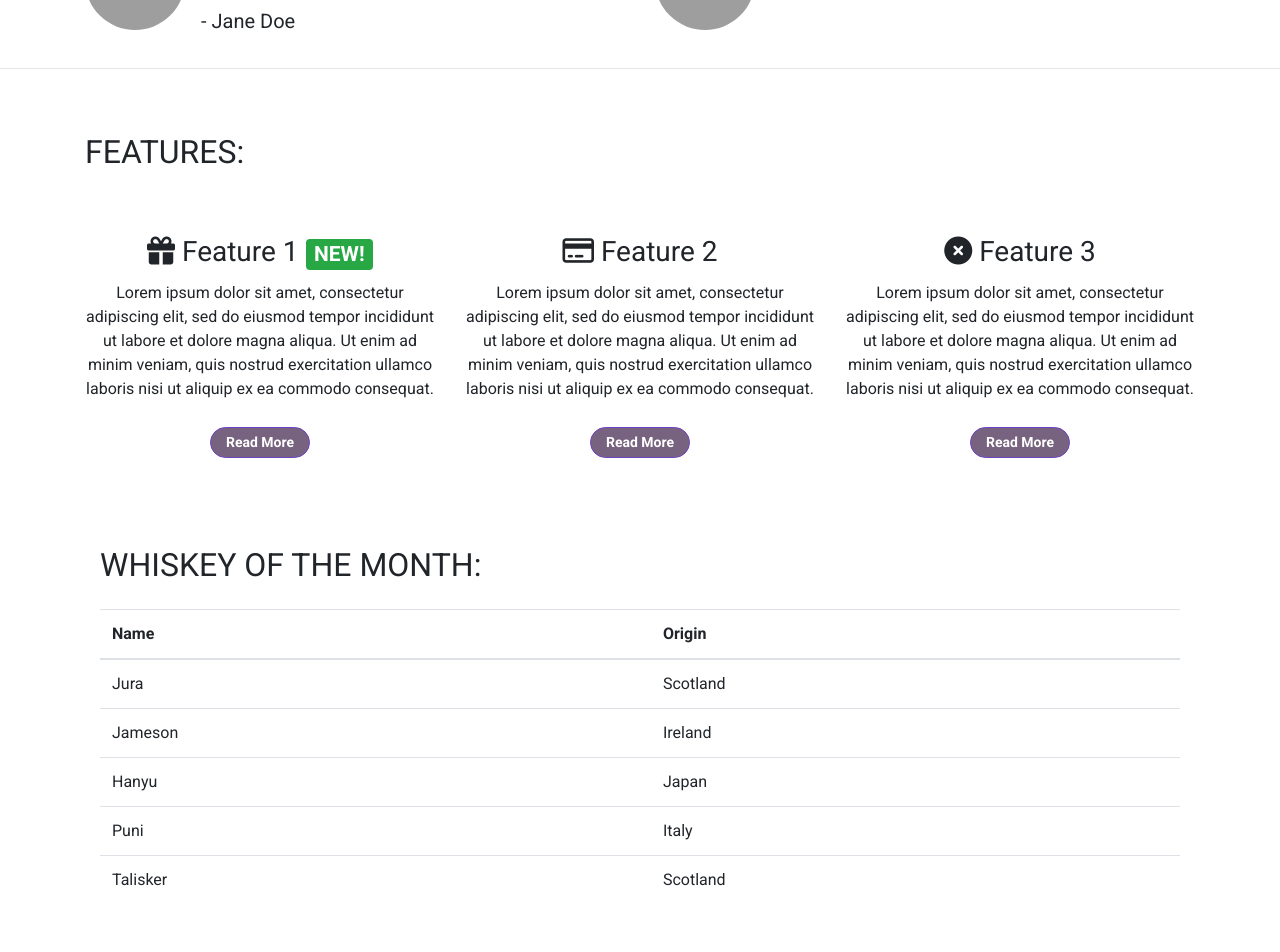
Repository: cipsim/bootstrap2.0
Page: index.html
The author's editor kept a record of every edit. The page is drawn from the files as they stood at one moment, then again after the next edit.
The browser window is 1280 px wide. The pictures show the part of the page from y = 965 to 1917 px (the page is 1917 px tall before and 1912 px after).
Pictures or frames that could not be fetched are drawn as grey boxes. Backgrounds fixed to the window are drawn as part of the page. Some web libraries are served in a nearby version.

Above is the page before.

### index.html
<!DOCTYPE html>
<html lang="en-us">

<head>
    <meta charset="utf-8">
    <title>Whiskey Drop | Taste a new whiskey every month</title>
    <meta name="viewport" content="width=device-width, initial-scale=1.0">
    <link rel="stylesheet" href="https://maxcdn.bootstrapcdn.com/bootstrap/4.1.3/css/bootstrap.min.css">
    <script src="https://kit.fontawesome.com/0dc9a7af2a.js"></script>
    <link href="https://fonts.googleapis.com/css?family=Roboto:400,700&display=swap" rel="stylesheet">
    <link rel="stylesheet" href="css/style.css" type="text/css" />
</head>

<body>
    <div class="container-fluid navalert-container">
    <nav class="navbar navbar-dark navbar-expand-sm">
        <a href="/" class="navbar-brand">Whiskey Drop</a>
        <button class="navbar-toggler ml-auto" type="button" data-toggle="collapse" data-target="#navbarNavDropdown" aria-controls="navbarNavDropdownv" aria-epanded="false" aria-label="Toggle navigation">
            <span class="navbar-toggler-icon">
            </span>
        </button>
        <div class="collapse navbar-collapse" id="navbarNavDropdown">
            <ul class="navbar-nav mr-auto">
                <li class="active nav-item mr-2"><a class="nav-link" href="/">Home</a></li>
                <li class="nav-item mr-2"><a class="nav-link" href="/about">About</a></li>
                <li class="nav-item dropdown">
                    <a class="nav-link dropdown-toggle" href="#" id="navbarDropdownMenuLink" role="button" data-toggle="dropdown" aria-haspopup="true" aria-expanded="false">
                        Whiskeys
                    </a>
                    <div class="dropdown-menu" aria-labelledby="navbarDropdownMenuLink">
                        <a href="#" class="dropdown-item">Scotch</a>
                        <a href="#" class="dropdown-item">Irish</a>
                        <a href="#" class="dropdown-item">Japanese</a>
                        <a href="#" class="dropdown-item">Italian</a>
                    </div>
                </li>
                <li class="nav-item mr-2 d-block d-sm-none"><a class="nav-link" href="/login">Sign In / Sign Up</a></li>
            </ul>
        </div>
        <div class="d-none d-md-block">
            <p class="navbar-text my-auto mr-2"><i>Great whiskey delivered to your door!</i></p>
            <a href="/login" class="btn btn--cta btn--purple">Sign in / Sign up</a>
        </div>
    </nav>\
    </div>
    <!--<div class="container alert-container">-->
    <!--    <div class="row d-none d-sm-block">-->
    <!--        <div class="col-12">-->
    <!--            <div class="alert alert-warning">-->
    <!--                <strong>Sale is now on!</strong> We got a sale on: get a 12 month subscription for the price of 6!!! <a href="">See here for details.</a>-->
    <!--            </div>-->
    <!--        </div>-->
    <!--    </div>-->
    <!--</div>-->
    <!-- Callout -->
    <div class="container-fluid callout-container">
        <div class="row">
            <div class="col-12">
                <section class="callout jumbotron text-center">
                    <h1 class="jumbotron-header">The finest whiskeys delivered to your doorstep.</h1>
                    <hr class="block-divider">
                    <p class="lead">Sign up today to start receiving the world's best whiskeys every month.
                        <s class="d-none d-sm-inline">19.99$</s>
                        <span class="d-inline d-sm-none"><br></span>
                        <strong><mark>First one is free!</mark></strong></p>
                    <p class="text-muted"><small>You must be over 18 to sign up to our service, please drink responsibly</small></p>
                    <button class="btn btn-lg btn--cta btn--purple" data-toggle="modal" data-target="#signUpModal">Sign up!</button>
                </section>
            </div>
        </div>
    </div>
    <!-- /.callout -->
    <hr>

    <!-- Quotes -->
    <div class="container quotes-container">
        <section class="quotes">
            <div class="row">
                <div class="col-12 my-5">
                    <h2 class="text-uppercase">Quotes:</h2>
                </div>
            </div>
            <div class="row">
                <div class="col-12 col-md-6">
                    <div class="media">
                        <div class="d-none d-sm-block">
                            <img src=".c9/images/girls.jpg" class="rounded-circle mr-3" height=100 width=100>
                        </div>
                        <div class="media-body">
                            <blockquote class="blockquote">
                                <p>I've been introduced to more than 10 great international whiskeys I never knew about.</p>
                                <p>- Jane Doe</p>
                            </blockquote>
                        </div>
                    </div>
                </div>
                <div class="col-12 col-md-6">
                    <div class="media">
                        <div class="d-none d-sm-block">
                            <img src=".c9/images/guy.jpg" class="rounded-circle mr-3" height=100 width=100>
                        </div>
                        <div class="media-body">
                            <blockquote class="blockquote">
                                <p>I haven't been sober for months!</p>
                                <p>- Jane Doe</p>
                            </blockquote>
                        </div>
                    </div>
                </div>
            </div>
        </section>
    </div>

    <!-- /.quotes -->
    <hr>

    <!-- Features -->
    <div class="container features-container">
        <section class="features">
            <div class="row">
                <div class="col-12 my-5">
                    <h2 class="text-uppercase">Features:</h2>
                </div>
            </div>
            <div class="row">
                <div class="col-12 col-md-6 col-lg-4">
                    <div class="feature">
                        <h3><i class="fas fa-gift d-none d-sm-inline"></i> Feature 1 <span class="badge badge-success">NEW!</span></h3>
                        <p>Lorem ipsum dolor sit amet, consectetur adipiscing elit, sed do eiusmod tempor incididunt ut labore et dolore magna aliqua. Ut enim ad minim veniam, quis nostrud exercitation ullamco laboris nisi ut aliquip ex ea commodo consequat.</p>
                        <p><a class="btn btn-sm btn-light" href="">Read More</a></p>
                    </div>
                </div>
                <div class="col-12 col-md-6 col-lg-4">
                    <div class="feature">
                        <h3><i class="far fa-credit-card d-none d-sm-inline"></i> Feature 2</h3>
                        <p>Lorem ipsum dolor sit amet, consectetur adipiscing elit, sed do eiusmod tempor incididunt ut labore et dolore magna aliqua. Ut enim ad minim veniam, quis nostrud exercitation ullamco laboris nisi ut aliquip ex ea commodo consequat.</p>
                        <p><a class="btn btn-sm btn-light" href="">Read More</a></p>
                    </div>
                </div>
                <div class="col-12 d-md-none d-lg-block col-lg-4">
                    <div class="feature">
                        <h3><i class="fas fa-times-circle d-none d-sm-inline"></i> Feature 3</h3>
                        <p>Lorem ipsum dolor sit amet, consectetur adipiscing elit, sed do eiusmod tempor incididunt ut labore et dolore magna aliqua. Ut enim ad minim veniam, quis nostrud exercitation ullamco laboris nisi ut aliquip ex ea commodo consequat.</p>
                        <p><a class="btn btn-sm btn-light" href="">Read More</a></p>
                    </div>
                </div>
            </div>
        </section>
    </div>

    <!-- /.features -->
    <!--Table-->
    <div class="container table-container">
        <section class="table">
            <div class="col-12 my-5">
                <h2 class="text-uppercase">Whiskey of the month:</h2>
                <table class="table">
                    <thead>
                        <tr>
                            <th scope="col">Name</th>
                            <th scope="col">Origin</th>
                        </tr>
                    </thead>
                    <tbody>
                        <tr>
                            <td>Jura</td>
                            <td>Scotland</td>
                        </tr>
                        <tr>
                            <td>Jameson</td>
                            <td>Ireland</td>
                        </tr>
                        <tr>
                            <td>Hanyu</td>
                            <td>Japan</td>
                        </tr>
                        <tr>
                            <td>Puni</td>
                            <td>Italy</td>
                        </tr>
                        <tr>
                            <td>Talisker</td>
                            <td>Scotland</td>
                        </tr>
            </div>
        </section>
    </div>
    </article>
    <div class="modal" tabindex="-1" role="dialog" id="signUpModal">
        <div class="modal-dialog" role="document">
            <div class="modal-content">
                <div class="modal-header">
                    <h5 class="modal-title">Sign up to Whiskey Drop!</h5>
                    <button type="button" class="close" data-dismiss="modal" aria-label="Close">
          <span aria-hidden="true">&times;</span>
        </button>
                </div>
                <div class="modal-body">
                    <form>
                        <div class="form-group">
                            <label for="exampleInputEmail1">Email address</label>
                            <input type="email" class="form-control" id="exampleInputEmail1" aria-describedby="emailHelp" placeholder="Enter email">
                            <small id="emailHelp" class="form-text text-muted">We'll never share your email with anyone else.</small>
                        </div>
                        <div class="form-group">
                            <label for="password">Password</label>
                            <input type="password" class="form-control" id="password" placeholder="Password">
                        </div>
                        <div class="form-group">
                            <label for="repeatPassword">Repeat Password</label>
                            <input type="password" class="form-control" id="repeatPassword" placeholder="Repeat Password">
                        </div>
                        <button type="submit" class="btn btn-success">Submit</button>
                    </form>
                </div>
            </div>
        </div>
    </div>
    <script src="https://code.jquery.com/jquery-3.3.1.slim.min.js" integrity="sha384-q8i/X+965DzO0rT7abK41JStQIAqVgRVzpbzo5smXKp4YfRvH+8abtTE1Pi6jizo" crossorigin="anonymous"></script>
    <script src="https://cdnjs.cloudflare.com/ajax/libs/popper.js/1.14.7/umd/popper.min.js" integrity="sha384-UO2eT0CpHqdSJQ6hJty5KVphtPhzWj9WO1clHTMGa3JDZwrnQq4sF86dIHNDz0W1" crossorigin="anonymous"></script>
    <script src="https://stackpath.bootstrapcdn.com/bootstrap/4.3.1/js/bootstrap.min.js" integrity="sha384-JjSmVgyd0p3pXB1rRibZUAYoIIy6OrQ6VrjIEaFf/nJGzIxFDsf4x0xIM+B07jRM" crossorigin="anonymous"></script>
</body>

</html>

### css/style.css
body {
    font-family: 'Roboto', sans-serif;
}

.alert-container .col-12 {
    padding-left: 0;
    padding-right: 0;
}

.site-wide-alert {
    border-radius: 0;
    margin-bottom: 0;
    padding: 5px 15px;
    border-color: #e59a19;
    background-color: #e59a19;
    color: #fff;
}

.features-container {}

.quotes-container {}

.table-container {}

.callout-container {
    height: 100vh;

    background: url("../.c9/images/bgi.jpg") no-repeat bottom right fixed;
    -webkit-background-size: cover;
    -moz-background-size: cover;
    -o-background-size: cover;
    background-size: cover;

    display: flex;
    align-items: center;
    justify-content: center;

}

@media screen and (max-width: 600px) {
    .callout-container {
        height: 100vh;
        background: url("../.c9/images/bgi.jpg") no-repeat bottom center fixed;
        -webkit-background-size: cover;
        -moz-background-size: cover;
        -o-background-size: cover;
        background-size: cover;
        display: flex;
        align-items: center;
        justify-content: center;
    }
}

/*Headers*/

.page-header {
    margin-bottom: 0;
    border-bottom: 0;
    text-align: center;
}

.page-header h2 {
    margin-top: 0;
}

.quotes .page-header {
    margin-bottom: 25px;
}

.table h2 {
    margin-bottom: 25px;
}

/*Navbar*/

.navalert-container {
    position: absolute;
    top: 0;
    left: 0;
    padding-left: 0;
    padding-right: 0;
    z-index: 1;
}

.navbar {
    margin-bottom: 0;
    border: 0;
    width: 100%;
    background-color: rgba(0, 0, 0, 0.25);
}

.navbar .navbar-toggler {
    border: 0;
}

.navbar-brand {
    font-weight: bold;
}

.navbar .navbar-nav a {
    font-weight: bold;
}

/*jumbotron*/

.jumbotron {
    color: lightgray;
    background-color: transparent;
}

.jumbotron-header {
    color: #fcf8e3;
    -webkit-text-stroke: 1px black;
    font-weight: bold;
    margin-bottom: 30px;
}

.jumbotron small {
    font-size: 60%;
    font-style: italic;
    color: #dcbd18;
}

/*Block dividers*/

.block-divider {
    width: 75px;
    height: 5px;
    border: 0;
    background-color: #5c4465d4;
}

/*Content Containers*/

.content-container {
    padding-top: 75px;
    padding-bottom: 75px;
}

/*Container wrappers*/

.container-wrapper {}

.container-wrapper--purple {
    background-color: #5c4465d4;
    color: white;
}

/*Buttons*/

.btn--cta {
    font-weight: bold;
    border-radius: 25px;
    width: 150px;
}

.btn--purple {
    color: white;
    background-color: #5c4465d4;
    border-color: #6f42c1;
}

.btn--purple:hover,
.btn--purple:active,
.btn--purple:focus,
.btn--purple:active:focus {
    background-color: #6f42c1;
    border-color: #6f42c1;
}

.feature {
    text-align: center;
    margin-bottom: 40px;
}

.feature i {
    margin-bottom: 20px;
    line-height: 45px;
}

.feature .btn {
    background-color: #5c4465d4;
    border-color: #6f42c1;
    color: white;
    border-radius: 25px;
    min-width: 100px;
    margin-top: 10px;
    font-weight: bold;
}

After the next edit:
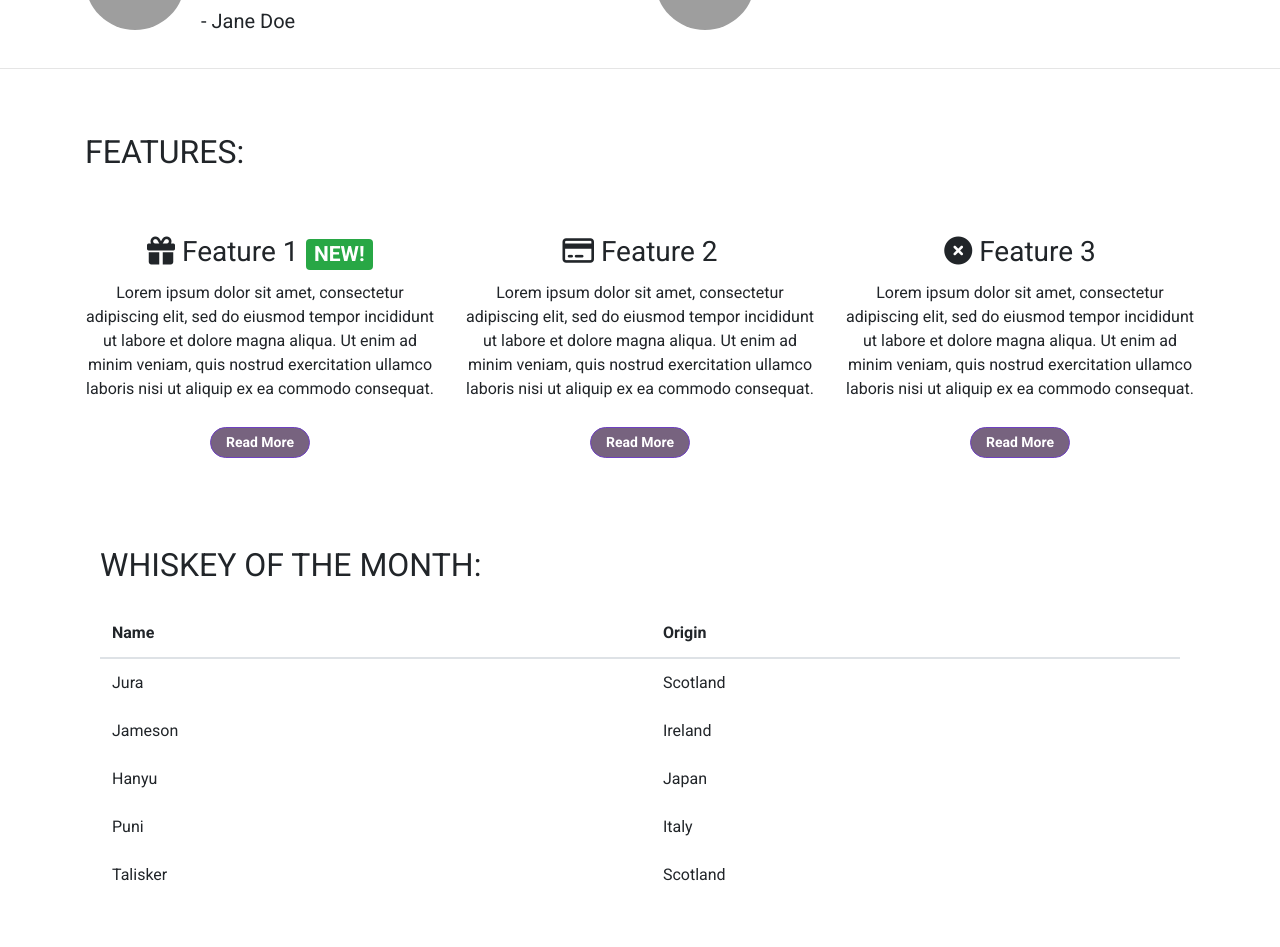
The edit:
--- a/css/style.css
+++ b/css/style.css
@@ -66,6 +66,11 @@
 .quotes .page-header {
     margin-bottom: 25px;
 }
+
+.table td, .table th {
+    padding: .75rem;
+    border-top: 0px;
+    }
 
 .table h2 {
     margin-bottom: 25px;
